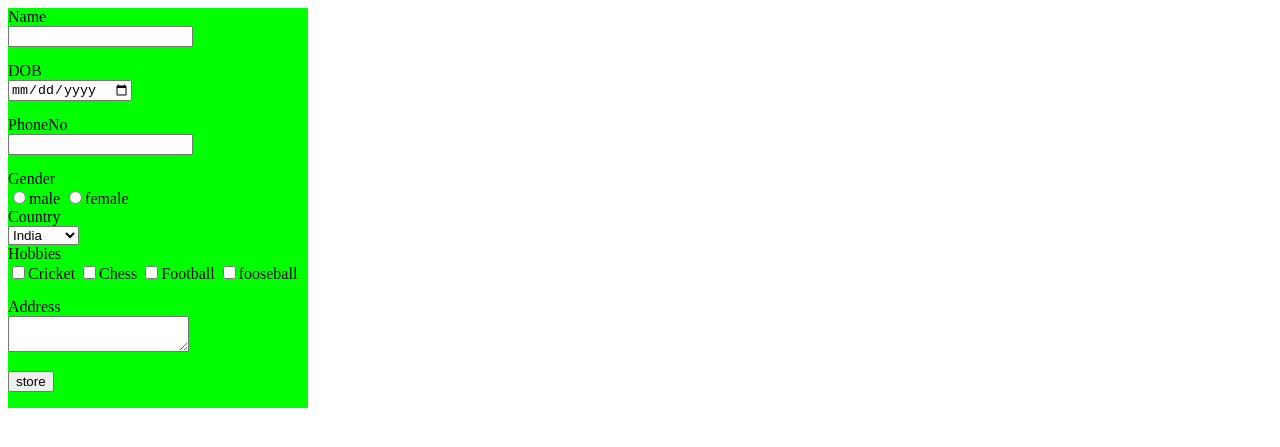
Repository: mnarendra333/batch21_WE
Page: RegApp/WebContent/index.html
An editor plug-in stored every save of this project. The page is shown before and after the next save, followed by the edit.
The browser window is 1280 px wide. The pictures show the whole page.

Above is the page before, as saved 2019-02-10 07:16:36.

After the next save:
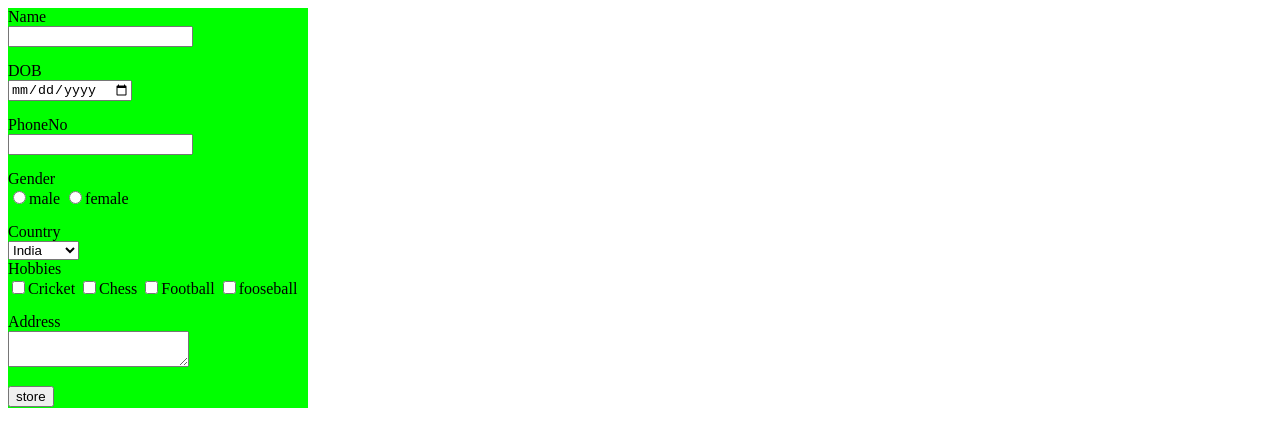
Saved 96 s later.
--- a/RegApp/WebContent/index.html
+++ b/RegApp/WebContent/index.html
@@ -5,19 +5,16 @@
 <title>Insert title here</title>
 
 <style type="text/css">
+.mainDiv {
+	height: 400px;
+	width: 300px;
+	background-color: lime;
+}
 
-
-	.mainDiv{
-
-		height: 400px;
-		width: 300px;
-		background-color: lime;
-	}
-	.rowDiv{
-		    /* display: inline-flex; */
-   			 padding-bottom: 15px;
-	}
-
+.rowDiv {
+	/* display: inline-flex; */
+	padding-bottom: 15px;
+}
 </style>
 </head>
 <body>
@@ -53,44 +50,45 @@
 					<input type="radio" name="gender" value="male">male <input
 						type="radio" name="gender" value="female">female
 				</div>
+			</div>
+			<div class="">
+				<div>Country</div>
 				<div>
-					<div>Country</div>
-					<div>
-						<select name="country">
-							<option>India</option>
-							<option>China</option>
-							<option>Aus</option>
-							<option>WI</option>
-							<option>Srilanka</option>
+					<select name="country">
+						<option>India</option>
+						<option>China</option>
+						<option>Aus</option>
+						<option>WI</option>
+						<option>Srilanka</option>
 
-						</select>
-					</div>
+					</select>
 				</div>
-				<div class="rowDiv">
-					<div>Hobbies</div>
-					<div>
-						<input type="checkbox" name="hobbies" value="Cricket">Cricket
-						<input type="checkbox" name="hobbies" value="Chess">Chess
-						<input type="checkbox" name="hobbies" value="Football">Football
-						<input type="checkbox" name="hobbies" value="fooseball">fooseball
+			</div>
+			<div class="rowDiv">
+				<div>Hobbies</div>
+				<div>
+					<input type="checkbox" name="hobbies" value="Cricket">Cricket
+					<input type="checkbox" name="hobbies" value="Chess">Chess <input
+						type="checkbox" name="hobbies" value="Football">Football <input
+						type="checkbox" name="hobbies" value="fooseball">fooseball
 
-					</div>
 				</div>
-				<div class="rowDiv">
-					<div>Address</div>
-					<div>
-						<textarea name="addr"></textarea>
-					</div>
+			</div>
+			<div class="rowDiv">
+				<div>Address</div>
+				<div>
+					<textarea name="addr"></textarea>
 				</div>
-				<div class="rowDiv">
+			</div>
+			<div class="rowDiv">
 
-					<div>
-						<input type="submit" value="store">
-					</div>
+				<div>
+					<input type="submit" value="store">
 				</div>
+			</div>
 
 
-			</div>
+		</div>
 
 		</div>
 	</form>
